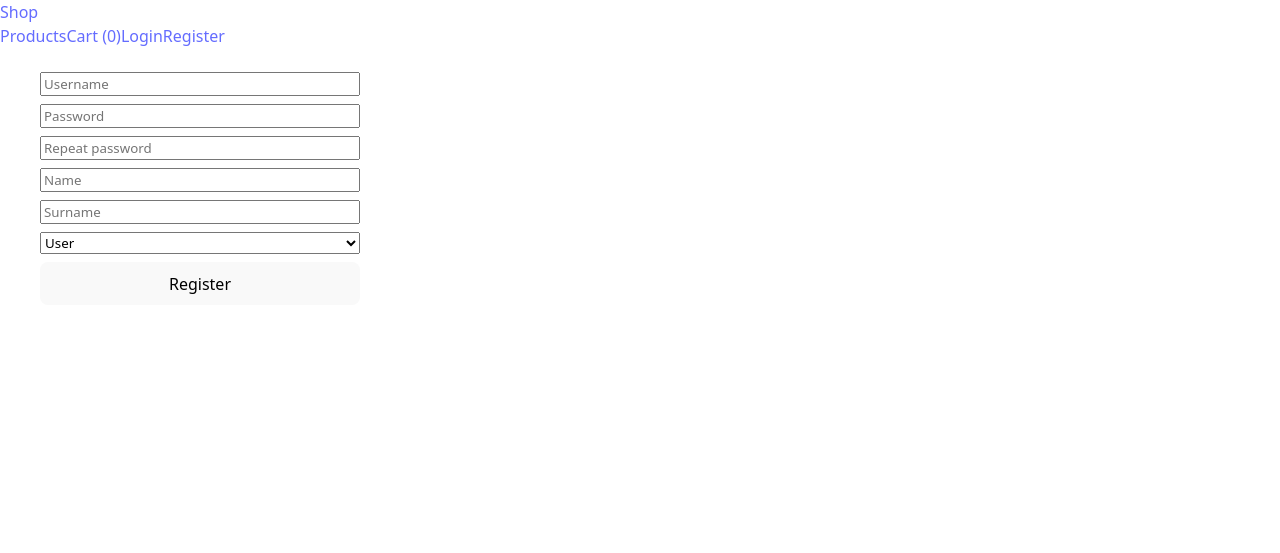
Repository: ADamjanovski/e-commerce-project-emt
Page: /register (app in frontend/)
These files come from the project's save history. The page is drawn as it stood at one moment and after the next save; the edit follows.
The browser window is 1280 px wide. The pictures show the whole page.
The page's requests for data from a server got no answer. The project was rebuilt for these pictures with package versions that can differ from the ones it lists, and the page was loaded fresh each time. No one was signed in, and anything a server would have sent is missing. Also part of the build but not shown: frontend/vite.config.ts, frontend/src/pages/LoginPage.tsx, frontend/src/components/ProductCard.tsx, frontend/src/pages/ProductListPage.tsx, frontend/src/pages/ProductDetailsPage.tsx, frontend/src/pages/CartPage.tsx.

Above is the page before, as saved 2025-09-09 17:11:09.

After the next save:
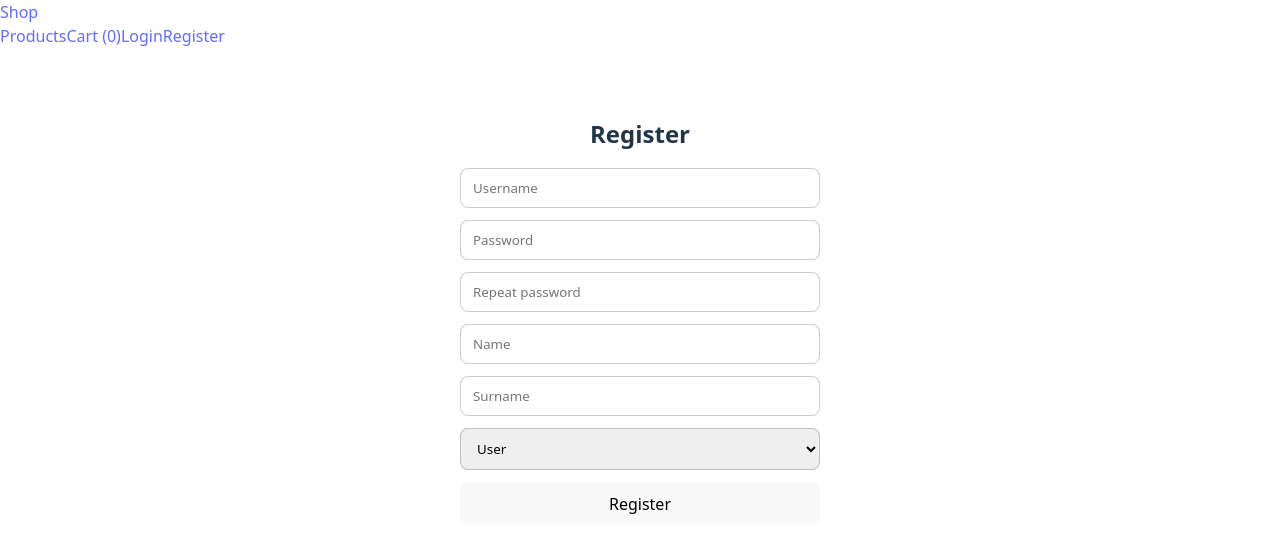
Saved 13 s later.
--- a/frontend/src/pages/RegisterPage.tsx
+++ b/frontend/src/pages/RegisterPage.tsx
@@ -24,7 +24,8 @@ export default function RegisterPage() {
   };
 
   return (
-    <form onSubmit={handleSubmit(onSubmit)} style={{ display: 'grid', gap: 8, maxWidth: 320 }}>
+    <form className="form" onSubmit={handleSubmit(onSubmit)}>
+      <h2 style={{ textAlign: 'center', marginBottom: 4 }}>Register</h2>
       <input placeholder="Username" {...register('username', { required: true })} />
       <input placeholder="Password" type="password" {...register('password', { required: true })} />
       <input placeholder="Repeat password" type="password" {...register('repeat_password', { required: true })} />
